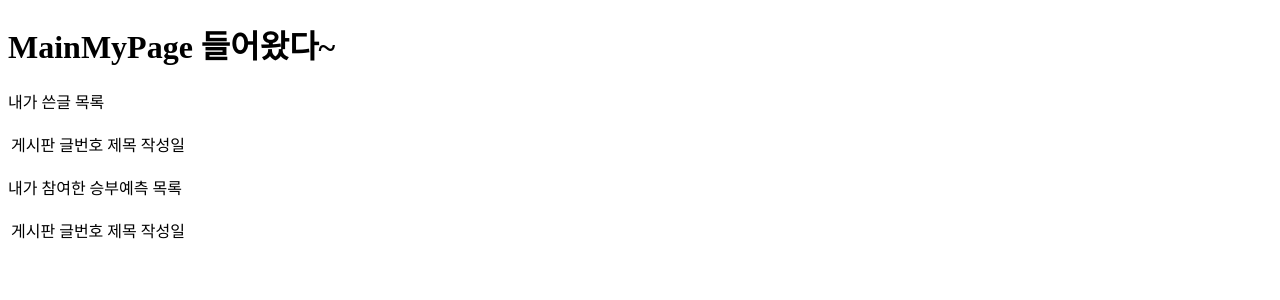
Repository: banana1531/ggs
Page: http://localhost/ggs/WEB-INF/views/myPage/mainMypage.jsp
These files come from the project's save history. The page is drawn as it stood at one moment and after the next save; the edit follows.
The browser window is 1280 px wide. The pictures show the whole page.
The page is served by Tomcat 9. Nobody is signed in. The template is opened directly, without the code that normally fills it, so the values that code supplies are empty.

Above is the page before, as saved 2020-07-04 06:45:34.

After the next save:
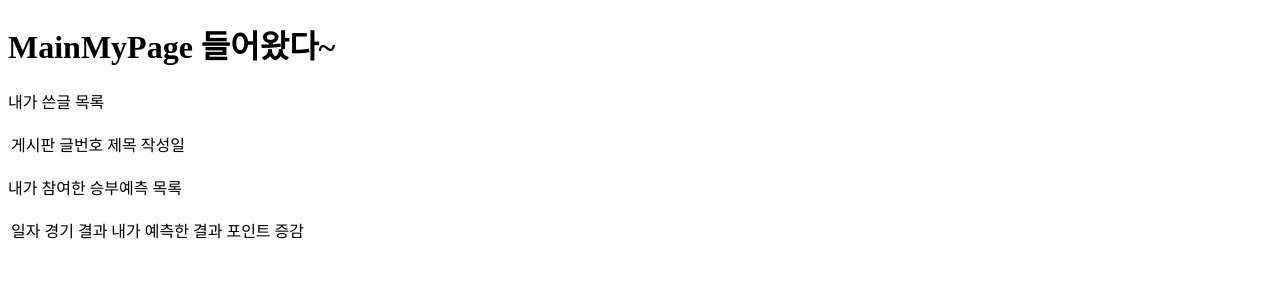
Saved 77 s later.
--- a/99s/ggs/src/main/webapp/WEB-INF/views/myPage/mainMypage.jsp
+++ b/99s/ggs/src/main/webapp/WEB-INF/views/myPage/mainMypage.jsp
@@ -29,10 +29,11 @@
 		<p>내가 참여한 승부예측 목록</p>
 		<table class="table">
 			<tr>
-				<td>게시판</td>
-				<td>글번호</td>
-				<td>제목</td>
-				<td>작성일</td>
+				<td>일자</td>
+				<td>경기</td>
+				<td>결과</td>
+				<td>내가 예측한 결과</td>
+				<td>포인트 증감</td>
 			</tr>
 
 		</table>
